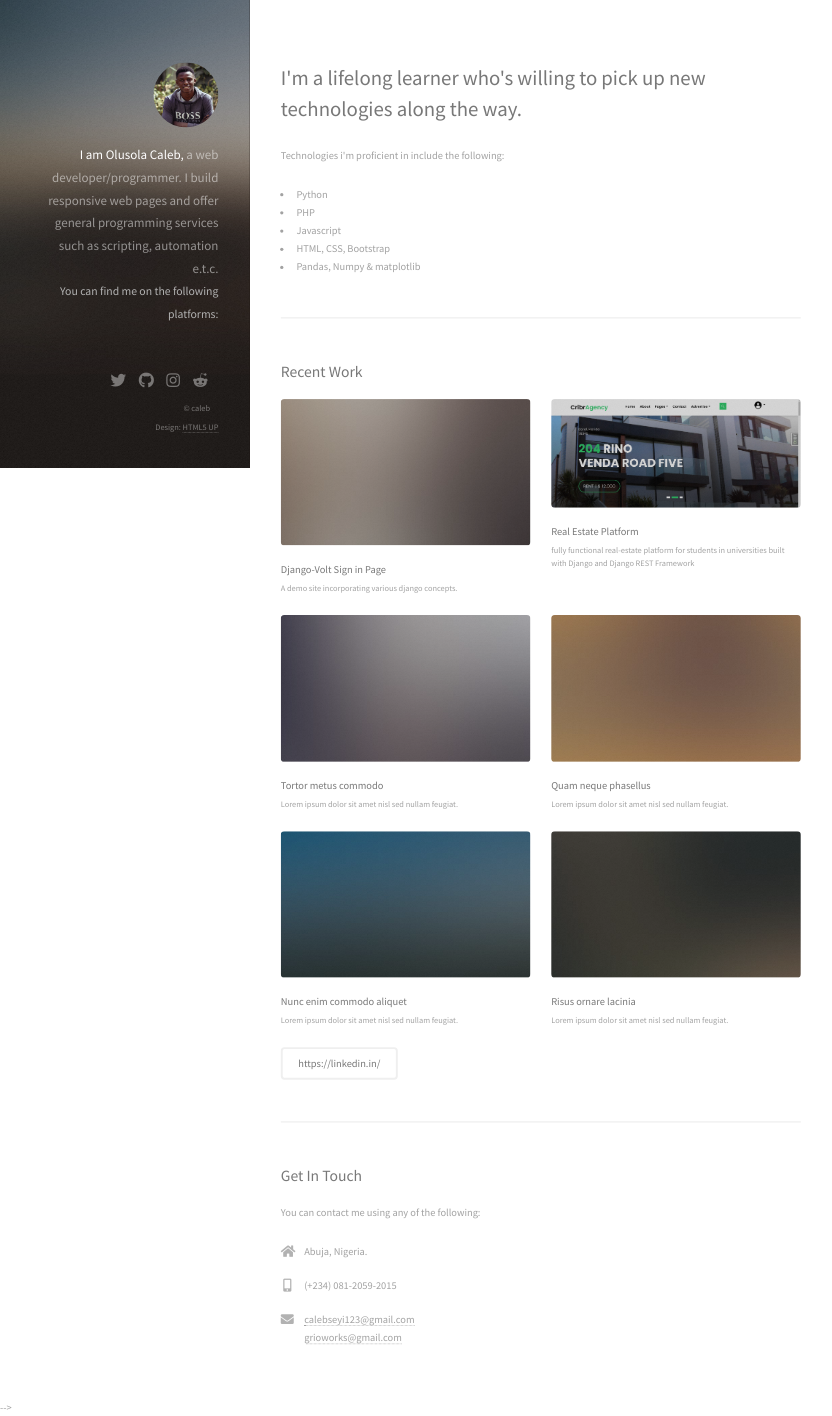
Repository: Caleb40/Caleb40.github.io
Page: index.html
The author's editor kept a copy of each file at every save. The page is drawn from the files as they stood at one save, then again after the next save.
The browser window is 1280 px wide. The pictures show the whole page, at 65% of full size.

Above is the page before, as saved 2022-07-12 18:57:30.

After the next save:
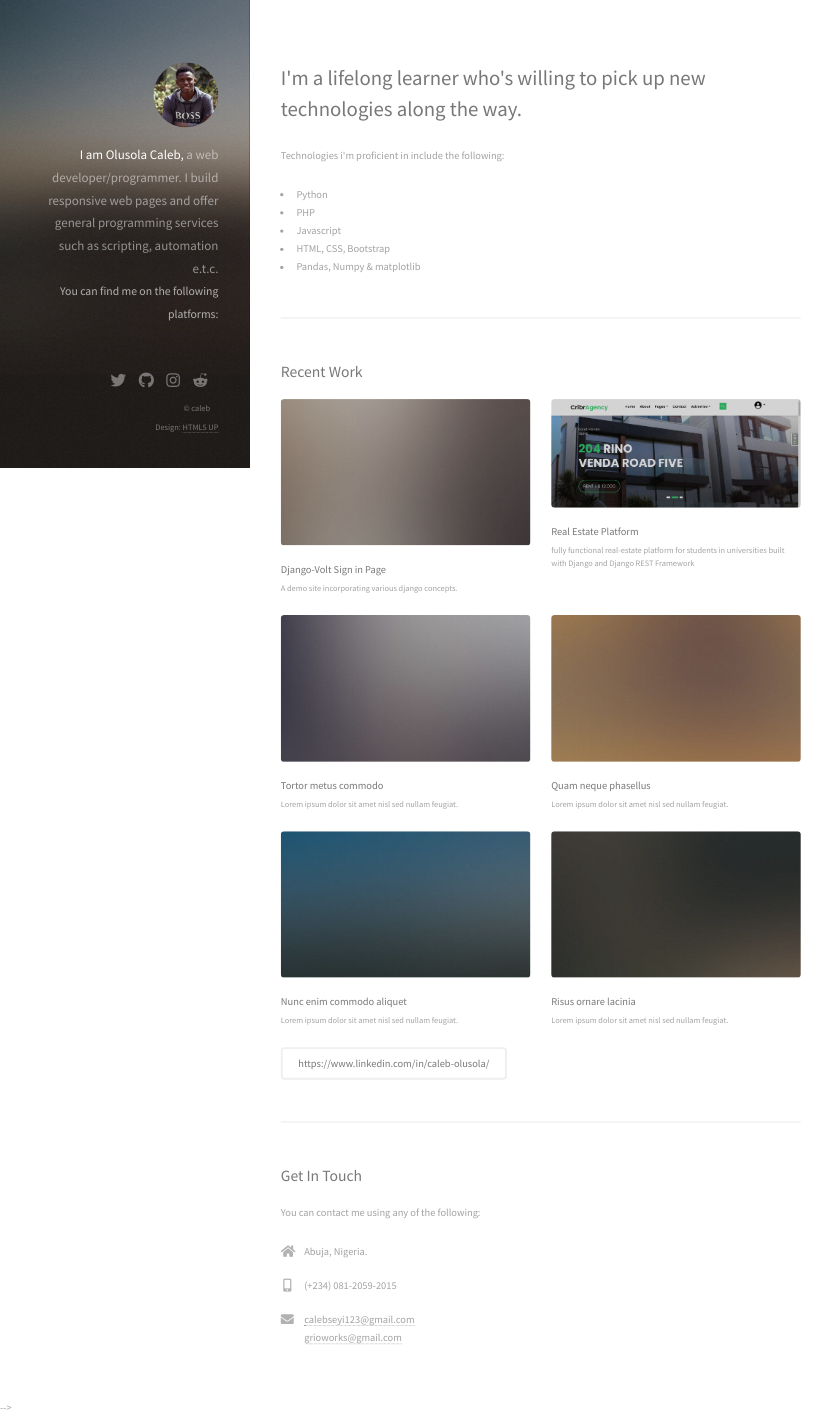
Saved 4 min 25 s later.
--- a/index.html
+++ b/index.html
@@ -79,7 +79,7 @@
 				</article>
 			</div>
 			<ul class="actions">
-				<li><a href="#" class="button">https://linkedin.in/</a></li>
+				<li><a href="#" class="button">https://www.linkedin.com/in/caleb-olusola/</a></li>
 			</ul>
 		</section>
 
